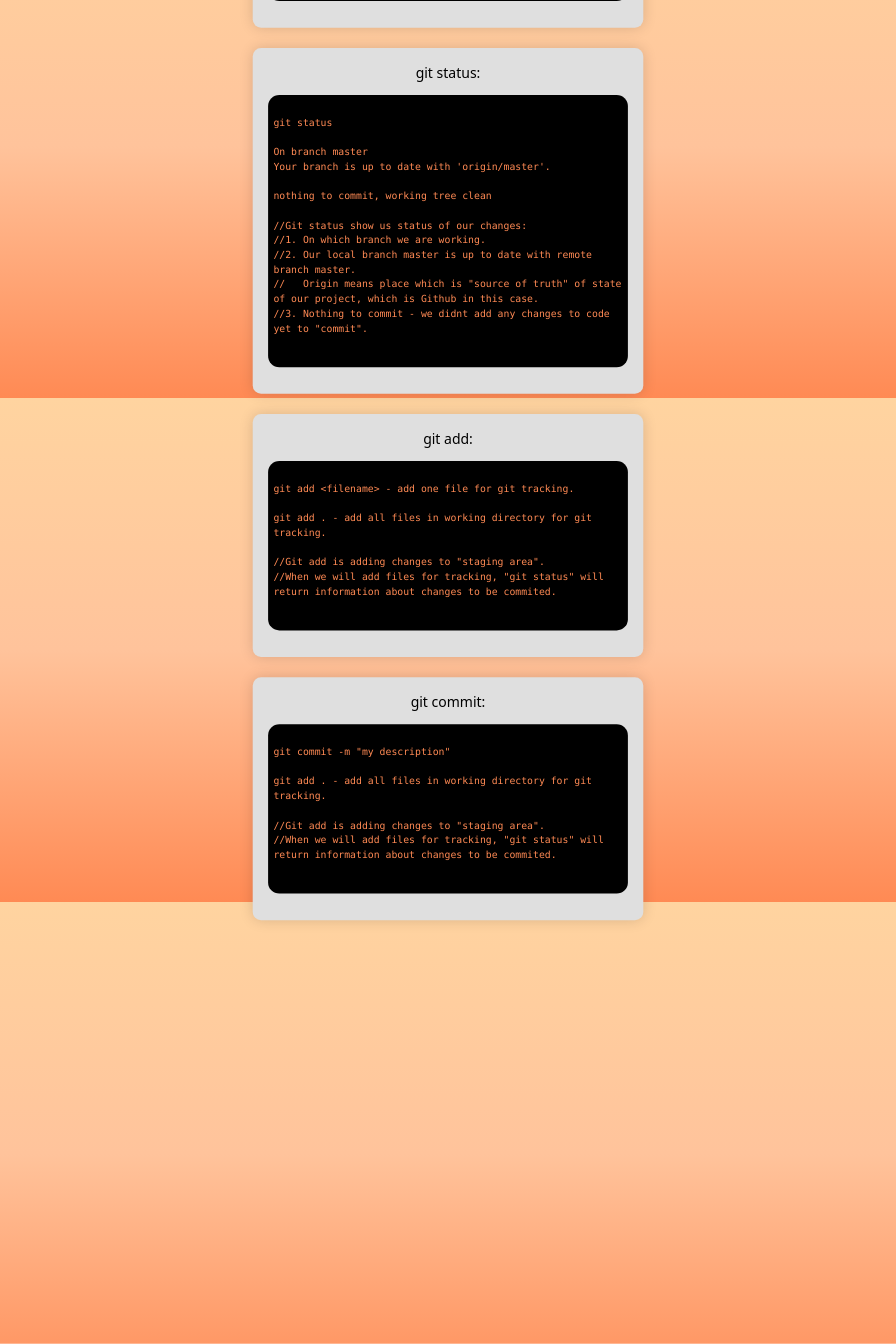
Repository: michalgornicki/git
Page: /
An editor plug-in stored every save of this project. The page is shown before and after the next save, followed by the edit.
The browser window is 1280 px wide. The pictures show the part of the page from y = 871 to 2791 px (the page is 2791 px tall before and 2728 px after), at 70% of full size.
Backgrounds fixed to the window are drawn as part of the page. The project was rebuilt for these pictures with package versions that can differ from the ones it lists, and the page was loaded fresh each time. Imported but missing from the stored project, and not drawn on this page: src/components/DOM manipulation.jsx, src/components/async.jsx, src/components/loops.jsx, src/components/numbers.jsx, src/components/variables.jsx, src/components/window.jsx.

Above is the page before, as saved 2022-02-10 08:19:08.

### src/App.jsx
import React from "react";
import "./App.css";
import "bootstrap/dist/css/bootstrap.min.css";
import { Route, HashRouter as Router, Routes, Link } from "react-router-dom";
import Arrays from "./components/arrays.jsx"
import Variables from "./components/variables.jsx"
import Numbers from "./components/numbers.jsx"
import Loops from "./components/loops.jsx"
import Async from "./components/async.jsx"
import DOM from "./components/DOM manipulation.jsx"
import Window from "./components/window.jsx"

function App() {


  return (


    <Router>
    <div className="text-center">
      <div className="display-1 mt-1 mb-5 text-white">Git repeat course</div>

      <div className="h3 d-flex w-75 m-auto my-5 justify-content-evenly flex-wrap text-white">

      <Link className="link-style mx-3" to="/">Basics</Link>
      <Link className="link-style mx-3" to="/Numbers"></Link>
      <Link className="link-style mx-3" to="/Variables"></Link>
      <Link className="link-style mx-3" to="/Loops"></Link>
      <Link className="link-style mx-3" to="/Async"></Link>
      <Link className="link-style mx-3" to="/DOM"></Link>
      <Link className="link-style mx-3" to="/Window"></Link>


      </div>

      <Routes>
          <Route path="/" element={<Arrays />} />
          <Route path="/Numbers" element={<Numbers />} />
          <Route path="/Variables" element={<Variables />} />
          <Route path="/Loops" element={<Loops />} />
          <Route path="/Async" element={<Async />} />
          <Route path="/DOM" element={<DOM />} />
          <Route path="/Window" element={<Window />} />
        </Routes>


    </div>
    </Router>
  );
}

export default App;

### src/App.css
@import url('https://fonts.googleapis.com/css2?family=Catamaran:wght@400&display=swap');

body{
    font-family: 'Catamaran', sans-serif;
    overflow-x: hidden;
    padding-bottom: 80vh;
    height: auto;
    background: linear-gradient(rgb(255, 212, 160), rgb(255, 195, 155), rgb(255, 138, 84));
    background-attachment: fixed;
}

.js-item{
    color:rgb(0, 0, 0);
    font-size: 1.25rem;
    background-color: rgb(223, 223, 223);
    transition: 0.2s;
    padding: 3vh;
    margin-bottom: 4vh!important;
    width: 50%;
    margin-left: auto;
    margin-right: auto;
    box-shadow: 0px 0px 20px rgba(0, 0, 0, 0.15);
    border-radius: 0.75rem;
}

.js-item:hover{
    cursor: pointer;
    background-color: rgb(240, 240, 240);
}

.text-pink{
    padding: 0.5rem;
    margin-top: 1rem;
    margin-bottom: 1rem;
    color:rgb(255, 138, 84)!important;
    font-size: 1rem;
    border-radius: 1rem;
    text-align: left;
    background-color: black;
}

pre {
    white-space: pre-wrap;       /* css-3 */
    white-space: -moz-pre-wrap;  /* Mozilla, since 1999 */
    white-space: -pre-wrap;      /* Opera 4-6 */
    white-space: -o-pre-wrap;    /* Opera 7 */
    word-wrap: break-word;       /* Internet Explorer 5.5+ */
   }

.link-style{
    color: inherit;
    text-decoration: inherit;
}

.link-style:hover{
    color: rgb(255, 138, 84);
}

@media only screen and (max-device-width: 600px), (max-width: 600px) {

    .js-item{
        width: 95%;
    }

}

### src/components/arrays.jsx
const Arrays = () => {

  return (
    <div className="container">
      <div className="js-item">
        {" "}
        <div className="">Setup: </div>
        <div className="text-pink">
          <pre>{`
First you should:
1. Install git from git website:
https://git-scm.com/book/en/v2/Getting-Started-Installing-Git
2. Signup for Github account (or similar alternative like Gitlab) and create new repository.

If you use Microsoft Visual Studio Code (which i recommend) you can skip first point, because it have git built-in.
You can control git using terminal.
          `}</pre>
          </div>
      </div>
      <div className="js-item">
        {" "}
        <div className="">git clone: </div>
        <div className="text-pink">
          <pre>{`
git clone https://github.com/michalgornicki/react.git

//Cloning repo will download all of the project's code and metadata from source.
          `}</pre>
          </div>
      </div>

      <div className="js-item">
        {" "}
        <div className="">git status: </div>
        <div className="text-pink">
          <pre>{`
git status

On branch master
Your branch is up to date with 'origin/master'.

nothing to commit, working tree clean

//Git status show us status of our changes:
//1. On which branch we are working.
//2. Our local branch master is up to date with remote branch master.
//   Origin means place which is "source of truth" of state of our project, which is Github in this case.
//3. Nothing to commit - we didnt add any changes to code yet to "commit".
          `}</pre>
          </div>
      </div>
      <div className="js-item">
        {" "}
        <div className="">git add: </div>
        <div className="text-pink">
          <pre>{`
git add <filename> - add one file for git tracking.

git add . - add all files in working directory for git tracking.

//Git add is adding changes to "staging area".
//When we will add files for tracking, "git status" will return information about changes to be commited.
          `}</pre>
          </div>
      </div>

      <div className="js-item">
        {" "}
        <div className="">git commit: </div>
        <div className="text-pink">
          <pre>{`
git commit -m "my description"

git add . - add all files in working directory for git tracking.

//Git add is adding changes to "staging area".
//When we will add files for tracking, "git status" will return information about changes to be commited.
          `}</pre>
          </div>
      </div>

      </div>
  );
};

export default Arrays;

Loaded but not shown: public/index.html (common file); src/index.js (common file); src/index.css (common file); src/reportWebVitals.js (common file)

After the next save:
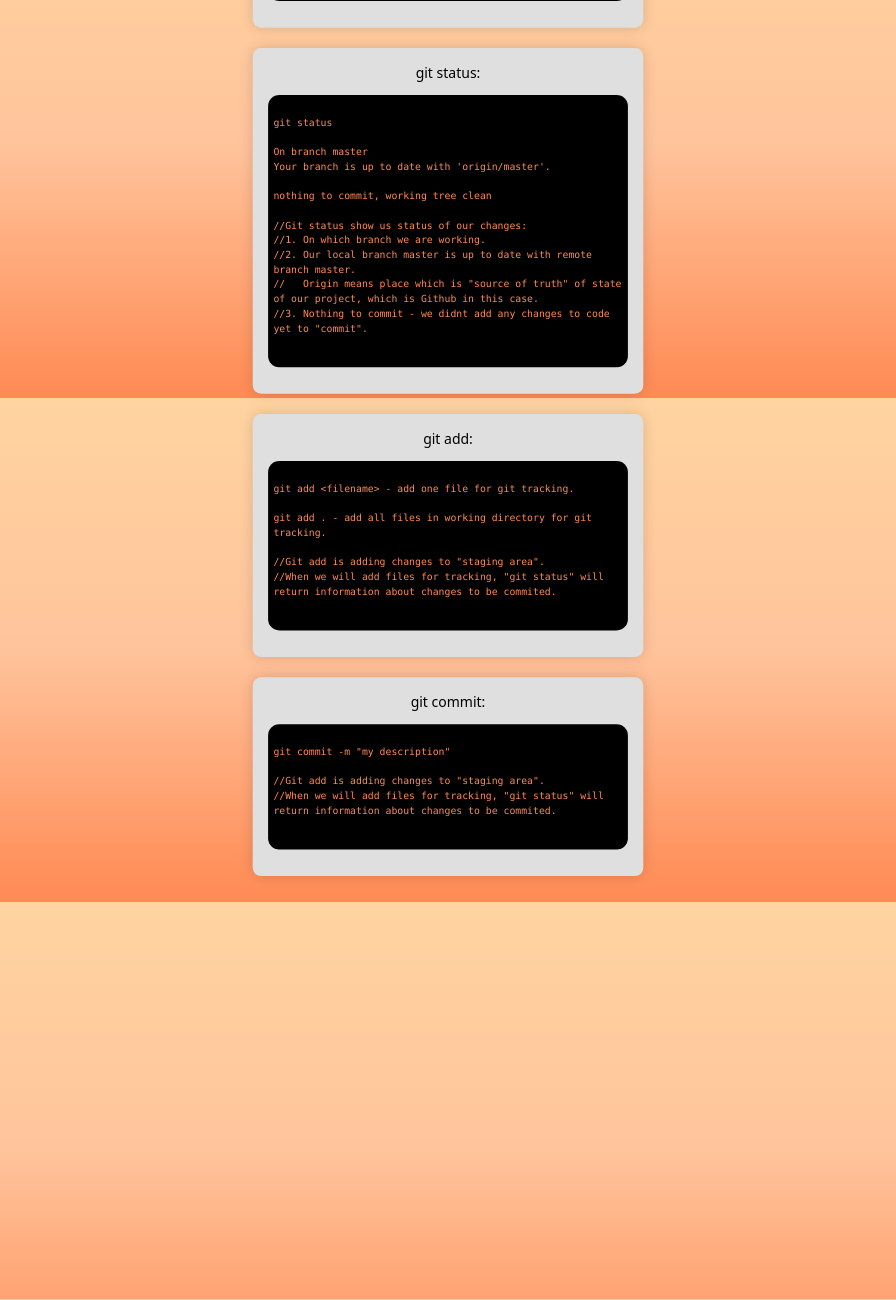
Saved 4 s later.
--- a/src/components/arrays.jsx
+++ b/src/components/arrays.jsx
@@ -71,8 +71,6 @@ git add . - add all files in working directory for git tracking.
           <pre>{`
 git commit -m "my description"
 
-git add . - add all files in working directory for git tracking.
-
 //Git add is adding changes to "staging area".
 //When we will add files for tracking, "git status" will return information about changes to be commited.
           `}</pre>
